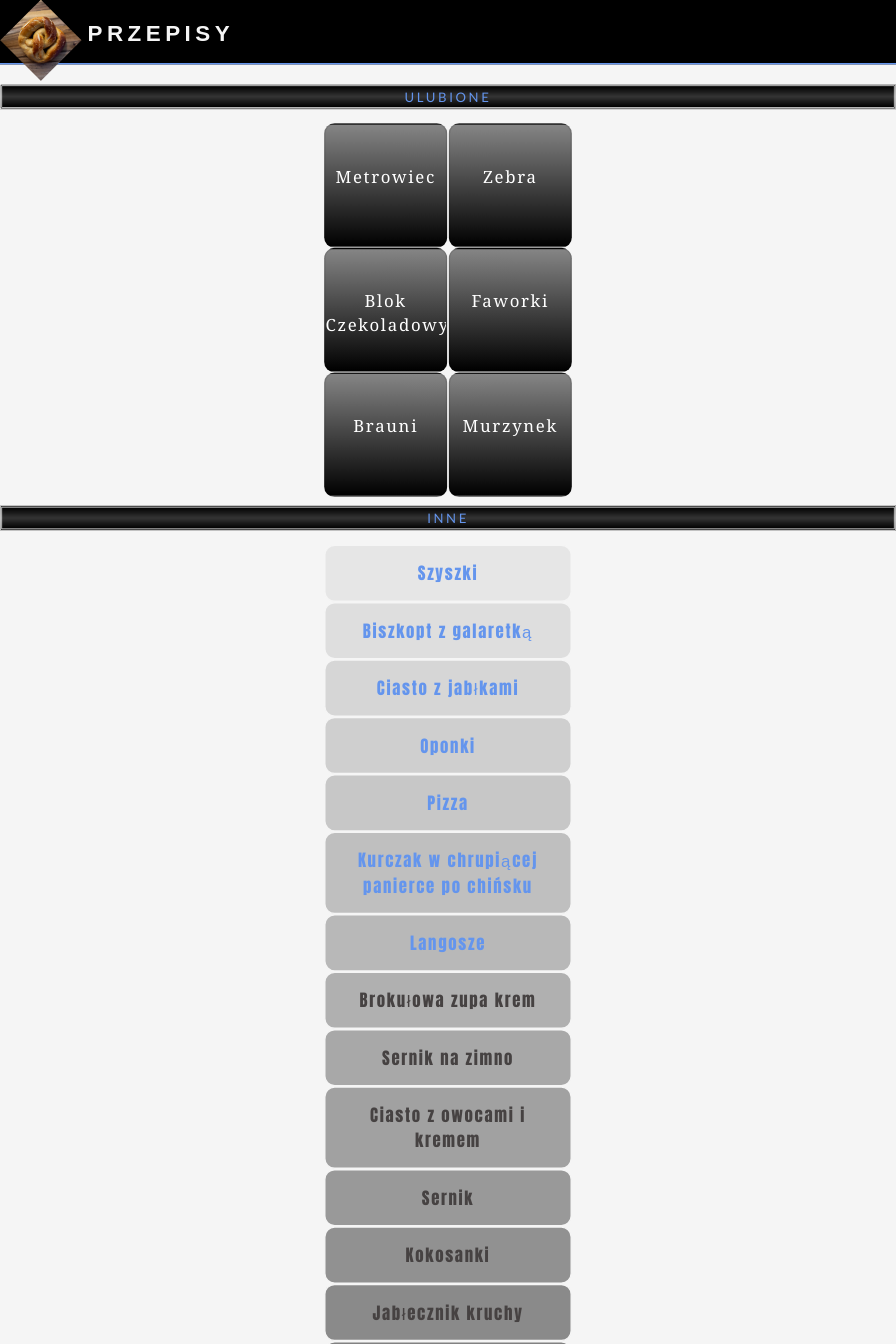
Repository: yaoayh/przepisy
Page: index.html
These files come from the project's save history. The page is drawn as it stood at one moment and after the next save; the edit follows.
The browser window is 1280 px wide. The pictures show the part of the page from y = 0 to 1920 px (the page is 3159 px tall before and 3164 px after), at 70% of full size.

Above is the page before, as saved 2020-08-14 00:35:47.

### index.html
<!DOCTYPE html>
<html>
    <head>
        <title>Przepisy</title>

        <meta charset="UTF-8">
        <meta name="viewport" content="width=device-width,
        initial-scale=1.0">
        <meta name="author" content="Dawid Litwin">

        <link rel="shortcut icon" href="images/icon.jpg">

        <link href="css/styles.css" type="text/css"
        rel="stylesheet" />
    </head>

    <body>
        <!--                HEADER                           -->
        <div id="header">
            <div class="picture">
                <a href="#top"><img src="images/precel.jpg" alt="precel"
                title="obrazek przedstawiajacy precel"
                width= "82,8" height= "82,8"></a>
            </div>
        <h1>Przepisy</h1>
        </div>


        <!--                    INFO 1                       -->

        <div class="info_Nr1">
            <h3>Ulubione</h3>
        </div>
        <!--                    SQARES                       -->

        <form class="head_Sqares">
            <!----------------------------------------------------------------------------------------------------------------------------------------------------------------------->
            <a class="m1" href="podstrony/metrowiec.html">
            <div class="sqares_Left">
                <p class="first_Choice">Metrowiec
                </p>
            </div></a>
            <a href="podstrony/Zebra.htm">
            <div class="sqares_Right">
                <p>Zebra</p>
            </div></a>
            <!---->
            <a href="podstrony/blok_Czekoladowy.html"><div class="sqares_Left">
                <p class="bigger">Blok Czekoladowy</p>
            </div></a>
            <a href="podstrony/faworki.html"><div class="sqares_Right">
                <p>Faworki</p>
            </div></a>
            <!---->
            <a href="podstrony/brauni.html"> <div class="sqares_Left">
                <p>Brauni</p>
            </div></a>
            <a href="podstrony/murzynek.html"><div class="sqares_Right">
                <p>Murzynek</p>
            </div></a>
            <!----------------------------------------------------------------------------------------------------------------------------------------------------------------------->
        </form>
        <div class="info_Nr2">
            <h3>Inne</h3>
        </div>
        <!--            CZEŚĆ DRUGA                          -->

        <form class="main2">
            <a href="podstrony/szyszki.html"><div class="n1"><p class="p1">Szyszki</p></div></a>
            <a href="podstrony/biszkopt_z_galaretką.html"><div class="n2"><p class="p1">Biszkopt z galaretką</p></div></a>
            <a href="podstrony/ciasto_z_jablkami.html"><div class="n3"><p class="p1">Ciasto z jabłkami</p></div></a>
            <a href="podstrony/oponki.html"><div class="n4"><p class="p1">Oponki</p></div></a>
            <a href="podstrony/pizza.html"><div class="n5"><p class="p1">Pizza</p></div></a>
            <a href="podstrony/kurczak_po_chinsku.html"><div class="n6"><p class="p1">Kurczak w chrupiącej panierce po chińsku</p></div></a>
            <a href="podstrony/langosze.html"><div class="n7"><p class="p1">Langosze</p></div></a>
            <a href="podstrony/brokulowa_zupa_krem.html"><div class="n8"><p class="p1_Shadow">Brokułowa zupa krem</p></div></a>
            <a href="podstrony/sernik_na_zimno.html"><div class="n9"><p class="p1_Shadow">Sernik na zimno</p></div></a>
            <a href="podstrony/ciasto_z_owocami_i_kremem.html"><div class="n10"><p class="p1_Shadow">Ciasto z owocami i kremem</p></div></a>
            <a href="podstrony/sernik.html"><div class="n11"><p class="p1_Shadow">Sernik</p></div></a>
            <a href="podstrony/kokosanki.html"><div class="n12"><p class="p1_Shadow">Kokosanki</p></div></a>
            <a href="podstrony/jablecznik_kruchy.html"><div class="n13"><p class="p1_Shadow">Jabłecznik kruchy</p></div></a>
            <a href="podstrony/ciasto_kasi.html"><div class="n14"><p class="p1_Shadow">Ciasto Kasi</p></div></a>
            <a href="podstrony/ciasto_ucierane.html"><div class="n15"><p class="p1">Ciasto ucierane z owocami</p></div></a>
            <a href="podstrony/gofry.html"><div class="n16"><p class="p1">Gofry</p></div></a>
            <a href="podstrony/brauni.html"><div class="n17"><p class="p1">Brauni Kasi</p></div></a>
            <a href="podstrony/salatka_francuska.html"><div class="n18"><p class="p1">Sałatka francuska</p></div></a>
            <a href="podstrony/botwina.html"><div class="n19"><p class="p1">Botwina</p></div></a>
            <a href="podstrony/nalewka.html"><div class="n20"><p class="p1">Nalewka</p></div></a>
            <a href="podstrony/salatka_zolta.html"><div class="n21"><p class="p1">Sałatka żółta</p></div></a>
            <a href="podstrony/ogorki_konserwowe.html"><div class="n22"><p class="p1">Ogórki konserwowe</p></div></a>
            <a href="podstrony/zacierki.html"><div class="n23"><p class="p1">Zacierki</p></div></a>
            <div class="n24"><p class="p1">Zupa serowa z pulpetami</p></div>
            <a href="podstrony/sos_beszamelowy_zapiekany.html"><div class="n25"><p class="p1">Sos beszamelowy Zapiekany</p></div></a>
            <a href="podstrony/kurczak_z_antylii.html">
                <div class="n26">
                    <p class="p1">Kurczak z Antylii</p>
                </div>
            </a>
            <br>

        </form>
        <br><br><br>

        <!--            PRAWA AUTORIESKIE                    -->

        <form class="bottom">
            <strong> <q>Precel</q>
                by <a class="a_Bottom" href="https://www.flickr.com/photos/ajay_suresh/">ajay_suresh</a>
        </strong>
        </form>


    </body>
</html>

### css/styles.css

html{overflow: scroll;}
body {
    height: auto;
	margin: 0px;
    background-color: whitesmoke;
}

/*                      Nagłówek                    */
body.body_Undersite{
    padding: 5px;
}
#header {
    top: 0px;
    width: 100%;
    height: 90px;
    position: fixed;
    background-color: black;
    border-bottom: 2px solid cornflowerblue;}

.picture{
    margin: 16px;
    float: left;
    width: 82px;
    transform: rotate(45deg);}

h1 {
    text-transform: uppercase;
    font-family: Arial, Helvetica, sans-serif;
    letter-spacing: 0.2em;
    font-style: normal;
    color: whitesmoke;
    padding: 30px 30px 30px 15px;
    margin-left: 110px;
    margin-top: 0px;}


/*                  CZESC II                    */
form.main2{
    margin: auto;
    height: auto; /*531px;*/
    width: 354px;/*354px;*/
    background-color: whitesmoke;
    padding: 5px;}
.info_Nr1, .info_Nr2{
    background-image: linear-gradient( black,rgba(0, 0, 0, 0.788), black);
    border: 12px 12px 12px 12px;
    border-color: white;
    border-style: double;
    text-align: center;
    margin-top: 120px;
    margin-bottom: 15px;
}

h3 {
    font-weight: normal;
    color: cornflowerblue;
    font-family: "Gill Sans", Arial, sans-serif;
    text-transform: uppercase;
    text-align: center;
    padding: 4px;
    margin: 0px;
    letter-spacing: 0.2em;}

/*                      BLOKI                   */

form.head_Sqares {
    margin: auto;
    height: 531px; /*531px;*/
    width: 354px;/*354px;*/
    background-color: whitesmoke;
    padding: 5px;}

.sqares_Left, .sqares_Right {
    text-decoration: none;
    border-radius: 15px;
    padding-top: 2px;
    width: 172px;
    height: 172px;
    background-image: linear-gradient(rgb(133, 133, 133), black);
    color: white;
    overflow: auto;
    border: 2px solid rgba(0, 0, 0, .1);
    /* border-top: 2px solid rgb(245, 245, 245); */

}
.sqares_Left{
    float: left;
    }
/* .first_Choice{color: cornflowerblue;} */
.sqares_Right{
    float: right ;
    clear: right;}
p {

    border-radius: 5px;
    text-decoration: none;
    padding-top: 55px;
    text-align: center;
    font-family: Georgia, 'Times New Roman', Times, serif;
    font-size: x-large;
    letter-spacing: 0.10em;
    margin:0px;}
p.p1_Shadow{padding: 21px; color: rgb(70, 66, 66);
    font-family: Impact, Haettenschweiler, 'Arial Narrow Bold', sans-serif;
text-decoration: none;}
p.p1{
    font-family: Impact, Haettenschweiler, 'Arial Narrow Bold', sans-serif;
    text-decoration: none;
    padding: 21px;
    color: cornflowerblue;}
#bigger {
    font-size: 9px;
    padding: 0px 0px;}
.info_Nr2 {margin-top: 10px;}

.n1,.n2,.n3,.n4,.n5,.n6,.n7,.n8,.n9,.n10,.n11,.n12,.n13,.n14,.n15,.n16,.n17,.n18,.n19,.n20,.n21,.n22,.n23,.n24,.n25,.n26,.n27{
    border-radius: 15px;
    border: 2px solid whitesmoke;
    clear: both;}
div.n1 {

    background-color: hsl(0, 0%, 90%);
}
.n2{
    background-color: hsl(0,0%,87%);
}
.n3{
    background-color: hsl(0, 0%, 84%);
}
.n4{
    background-color: hsl(0, 0%, 81%);
}
.n5{
    background-color: hsl(0, 0%, 78%);
}
.n6{
    background-color: hsl(0, 0%, 75%);
}
.n7{
    background-color: hsl(0, 0%, 72%);
}
.n8{
    background-color: hsl(0, 0%, 69%);
}
.n9{
    background-color: hsl(0, 0%, 66%);
}
.n10{
    background-color: hsl(0, 0%, 63%);
}
.n11{
    background-color: hsl(0, 0%, 60%);
}
.n12{
    background-color: hsl(0, 0%, 57%);
}
.n13{
    background-color: hsl(0, 0%, 54%);
}
.n14{
    background-color: hsl(0, 0%, 51%);
}
.n15{
    background-color: hsl(0, 0%, 48%);
}
.n16{
    background-color: hsl(0, 0%, 45%);
}
.n17{
    background-color: hsl(0, 0%, 42%);
}
.n18{
    background-color: hsl(0, 0%, 39%);
}
.n19{
    background-color: hsl(0, 0%, 36%);
}
.n20{
    background-color: hsl(0, 0%, 33%);
}
.n21{
    background-color: hsl(0, 0%, 30%);
}
.n22{
    background-color: hsl(0, 0%, 27%);
}
.n23{
    background-color: hsl(0, 0%, 24%);
}
.n24{
    background-color: hsl(0, 0%, 21%);
}
.n25{
    background-color: hsl(0, 0%, 18%);
}
.n26{
    background-color: hsl(0, 0%, 15%);
}
.n27{background-color: hsl(0, 0%, 12%);}


/*                  PRAWA AUTORSKIE             */
.a_Bottom {
    text-decoration: none;
    color: white;
    text-decoration-line: underline;
}
.bottom {
    padding: 5px;
    text-decoration: none;
    background-color: black;
    color: white;
}
/**************************************************************************************/

#header_Undersite {
    top: 0px;
    width: 100%;
    height: 90px;
    position: fixed;
    background-color: black;
    border-bottom: 2px solid cornflowerblue;}
h1.h1_Undersite {
    letter-spacing: 0.15em;
}

a.m1:visited{
    color: cornflowerblue;
}
a {

    text-decoration: whitesmoke;

}
a:visited{
    color: whitesmoke;
}
a:hover{
    text-decoration: none;
    background-color: aquamarine;
    color: cyan;
}
td{
    font-size: large;
    text-decoration: solid;
    font-family: Arial, Helvetica, sans-serif;
    padding: 5px;
    background-color: cornflowerblue;
    border-radius: 5px;

}
form.form_Undersite{
    margin-top: 120px;
    background-color: rgb(245, 245, 245);
}
.name{
    max-width: 400px;
    border-radius: 35px;
    border: 8px double cornflowerblue;
    background-color: hsl(245,0%,95%);
    padding: 5px 0px 5px 5px;
    margin: 5px;}

h2 {
    text-align: left;
    font-size: x-large;
    text-transform: uppercase;
    font-family: Arial, Helvetica, sans-serif;
    letter-spacing: 0.2em;
    font-style: normal;
    color: whitesmoke;
    padding: 30px;
    border: 1px solid cornflowerblue;
    border-radius: 0px 20px 20px 0px;
    max-width: 120px;
    background-color: cornflowerblue;
    }
table {

    margin-right: 0px;
    padding: 10px 0px 10px 0px;
}
tr{
    empty-cells: hide;
}
td {
    width: 60px;
    background-color: hsl(0,0%,87%);
    border-radius: 10px;
    padding: 10px 5px 10px 10px;
    text-align: right;
    font-weight: bold;
}
td.table2{
    width: auto;
    background-color: cornflowerblue;
    border-radius: 50px;
    font-weight: normal;
    padding: 10px 10px 10px 10px;
    text-align: left;
}
ol{
    padding: 10px 0px 10px 0px;
    margin: 25px;
    border-radius: 20px;
    background-color: hsl(0,0%,87%);
}
li {

    font-family: Arial, Helvetica, sans-serif;
    font-size: large;
    padding: 15px 5px 10px 5px;
}
.ps{
    background-color: hsl(0,0%,87%);
    margin: 5px;
    border: 4px double cadetblue;
    border-radius: 5px;
    padding: 5px;
}

After the next save:
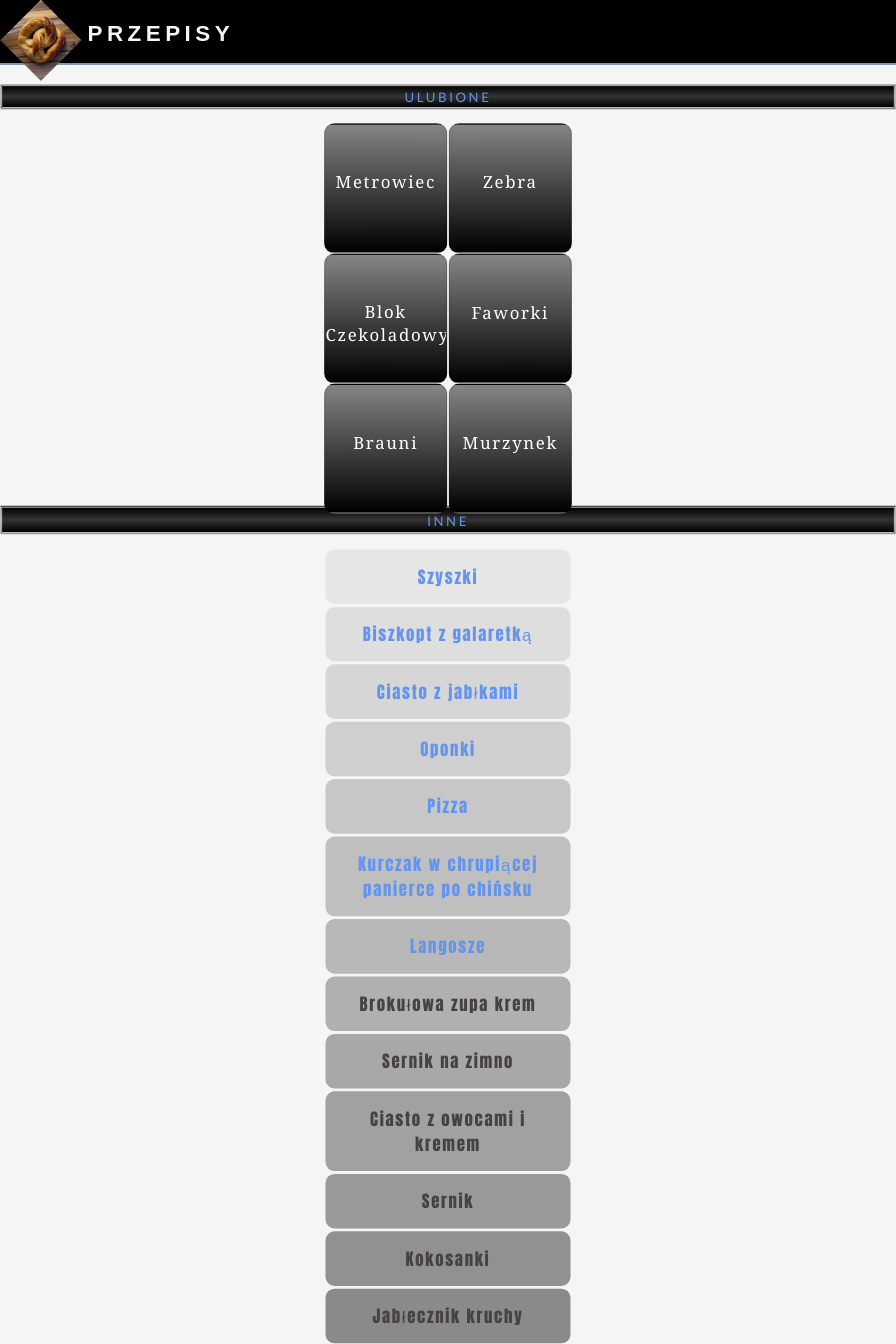
Saved 4 s later.
--- a/css/styles.css
+++ b/css/styles.css
@@ -74,7 +74,7 @@
 .sqares_Left, .sqares_Right {
     text-decoration: none;
     border-radius: 15px;
-    padding-top: 2px;
+    padding-top: 10px;
     width: 172px;
     height: 172px;
     background-image: linear-gradient(rgb(133, 133, 133), black);

After the save that followed:
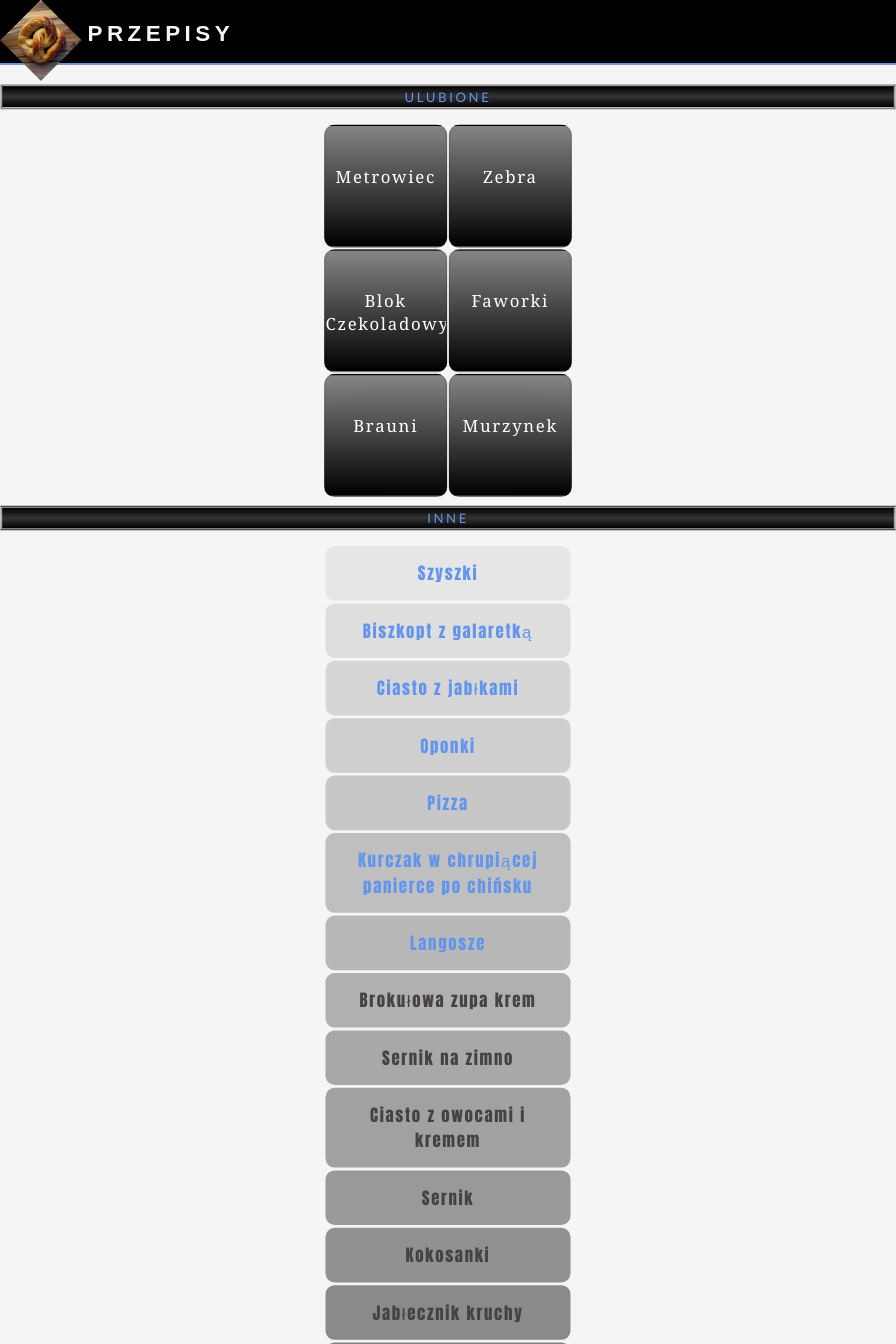
Saved 8 s later.
--- a/css/styles.css
+++ b/css/styles.css
@@ -74,7 +74,7 @@
 .sqares_Left, .sqares_Right {
     text-decoration: none;
     border-radius: 15px;
-    padding-top: 10px;
+    margin-top: 2px;
     width: 172px;
     height: 172px;
     background-image: linear-gradient(rgb(133, 133, 133), black);
